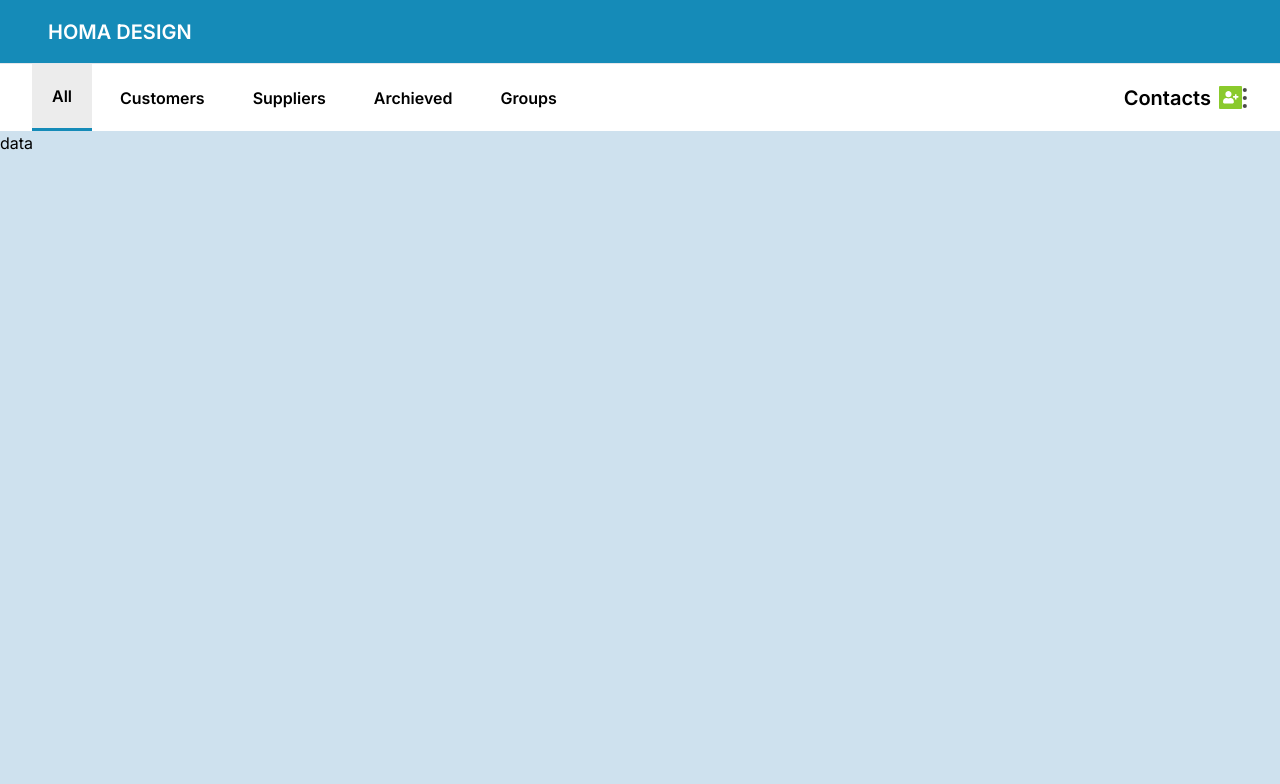
Repository: khairul35/homa-FE
Page: /contact
An editor plug-in stored every save of this project. The page is shown before and after the next save, followed by the edit.
The browser window is 1280 px wide. The pictures show the whole page.
The project was rebuilt for these pictures with package versions that can differ from the ones it lists, and the page was loaded fresh each time. The framework's server and built-in components were replaced by stand-ins that run in the browser. Also part of the build but not shown: next.config.js, app/components/layout/header/BusinessMenu.tsx, app/components/layout/header/CompanyMenu.tsx.

Above is the page before, as saved 2024-01-06 10:16:44.

### app/layout.tsx
import type { Metadata } from 'next'
import { Inter } from 'next/font/google'
import Header from './components/layout/Header';
import './globals.css'

const inter = Inter({ subsets: ['latin'] })

export const metadata: Metadata = {
  title: 'MyAccount2U',
  description: 'Accounting System',
}

export default function RootLayout({
  children,
}: {
  children: React.ReactNode
}) {
  return (
    <html lang="en">
      <body className={inter.className}>
        <div className='flex flex-col h-screen'>
          <Header />
          {children}
        </div>
      </body>
    </html>
  )
}

### app/contact/page.tsx
'use client';
import { useState } from 'react';
import { ComponentProps } from './index.props';
import Component from './index.component';

const Contact = () => {
    const [currentTab, setCurrentTab] = useState('all');
    const selectedStyle = {
        backgroundColor: '#ECECEC',
        borderBottom: '3px solid #158BB8',
    };

    const onClickAddContact = () => {

    }

    const componentProps: ComponentProps = {
        currentTab,
        selectedStyle,
        setCurrentTab,
        onClickAddContact
    };

    return (<Component {...componentProps} />)
};

export default Contact;

### app/contact/index.component.tsx
import { ComponentProps } from "./index.props";

const Component = (props: ComponentProps) => {
    const {
        currentTab,
        selectedStyle,
        onClickAddContact,
        setCurrentTab,
    } = props;

    return (
        (
            <main className="flex min-h-screen flex-col justify-between bg-bg-color">
                <div>
                    <div className="bg-white">
                        <div className="flex items-center justify-between px-4 sm:px-6 md:px-8">
                            <div className="flex items-center space-x-2">
                                <span
                                    className="hidden sm:inline font-semibold p-5 cursor-pointer"
                                    style={currentTab == 'all' ? selectedStyle : undefined }
                                    onClick={() => setCurrentTab('all')}
                                >
                                    All
                                </span>
                                <span
                                    className="hidden sm:inline font-semibold p-5 cursor-pointer"
                                    style={currentTab == 'customers' ? selectedStyle : undefined }
                                    onClick={() => setCurrentTab('customers')}
                                >
                                    Customers
                                </span>
                                <span
                                    className="hidden sm:inline font-semibold p-5 cursor-pointer"
                                    style={currentTab == 'suppliers' ? selectedStyle : undefined }
                                    onClick={() => setCurrentTab('suppliers')}
                                >
                                    Suppliers
                                </span>
                                <span
                                    className="hidden sm:inline font-semibold p-5 cursor-pointer"
                                    style={currentTab == 'archieved' ? selectedStyle : undefined }
                                    onClick={() => setCurrentTab('archieved')}
                                >
                                    Archieved
                                </span>
                                <span
                                    className="hidden sm:inline font-semibold p-5 cursor-pointer"
                                    style={currentTab == 'groups' ? selectedStyle : undefined }
                                    onClick={() => setCurrentTab('groups')}
                                >
                                    Groups
                                </span>
                            </div>
                            <div className="flex items-center">
                                <h2 className="hidden sm:block text-xl font-semibold">
                                    Contacts
                                </h2>
                                <div className="flex items-center ml-2">
                                    <span>
                                        <svg xmlns="http://www.w3.org/2000/svg" width="23" height="23" viewBox="0 0 45 45" fill="none">
                                            <rect width="45" height="45" rx="2" fill="#8ACA2C"/>
                                            <path d="M37.25 19.75H34.25V16.75C34.25 16.3375 33.9125 16 33.5 16H32C31.5875 16 31.25 16.3375 31.25 16.75V19.75H28.25C27.8375 19.75 27.5 20.0875 27.5 20.5V22C27.5 22.4125 27.8375 22.75 28.25 22.75H31.25V25.75C31.25 26.1625 31.5875 26.5 32 26.5H33.5C33.9125 26.5 34.25 26.1625 34.25 25.75V22.75H37.25C37.6625 22.75 38 22.4125 38 22V20.5C38 20.0875 37.6625 19.75 37.25 19.75ZM18.5 22C21.8141 22 24.5 19.3141 24.5 16C24.5 12.6859 21.8141 10 18.5 10C15.1859 10 12.5 12.6859 12.5 16C12.5 19.3141 15.1859 22 18.5 22ZM22.7 23.5H21.9172C20.8766 23.9781 19.7188 24.25 18.5 24.25C17.2812 24.25 16.1281 23.9781 15.0828 23.5H14.3C10.8219 23.5 8 26.3219 8 29.8V31.75C8 32.9922 9.00781 34 10.25 34H26.75C27.9922 34 29 32.9922 29 31.75V29.8C29 26.3219 26.1781 23.5 22.7 23.5Z" fill="white"/>
                                        </svg>
                                    </span>
                                    <span>
                                        <svg xmlns="http://www.w3.org/2000/svg" width="6" height="20" viewBox="0 0 6 27" fill="none">
                                            <circle cx="2.75704" cy="2.75704" r="2.75704" fill="#494949"/>
                                            <circle cx="2.75704" cy="13.5002" r="2.75704" fill="#494949"/>
                                            <circle cx="2.75704" cy="24.2429" r="2.75704" fill="#494949"/>
                                        </svg>
                                    </span>
                                </div>
</div>

                        </div>
                    </div>
                    <div>
                        data
                    </div>
                </div>
            </main>
        )
    )
};

export default Component;

### api/organization/index.ts
import repository from "../repository";
import { CreateOrganizationProps, UpdateOrganizationProps } from "./props";

const resource = '/api/organization';

const api = {
    findMyOrganization() {
        return repository.get(`${resource}/me`);
    },
    findMyOrganizations() {
        return repository.get(`${resource}/me/all`);
    },
    createOrganization(body: CreateOrganizationProps) {
        return repository.post(`${resource}`, body);
    },
    updateOrganization(body: UpdateOrganizationProps) {
        return repository.put(`${resource}`, body);
    },
    updateCurrentOrganization(organizationId: number) {
        return repository.put(`${resource}/current-organization/${organizationId}`);
    },
};

export default api;

### api/repository.ts
import axios from 'axios';
import AuthRepository from './auth';

const repository = axios.create({
    baseURL: 'http://localhost:3000',
});

// Request interceptor to add Bearer token to outgoing requests
repository.interceptors.request.use(
    (config) => {
        const accessToken = localStorage.getItem('accessToken');
        if (accessToken) {
            config.headers.Authorization = `Bearer ${accessToken}`;
        }
        return config;
    },
    (error) => {
        return Promise.reject(error);
    }
);

let isRefreshing = false;
let failedQueue: any = [];

// Function to refresh the session and retry failed requests
async function retryFailedRequests(error: any) {
    if (isRefreshing) {
        try {
            const { data } = await AuthRepository.refreshToken();
            localStorage.setItem('accessToken', data.accessToken);
            localStorage.setItem('refreshToken', data.refreshToken);
            localStorage.setItem('isLogin', 'true');
            failedQueue.forEach((prom: any) => {
                prom.resolve(repository(prom.originalRequest));
            });
            failedQueue = [];
        } catch (error) {
            localStorage.setItem('isLogin', 'false');
            window.location.href = '/login';
            failedQueue.forEach((prom: any) => {
                prom.reject(error);
            });
            failedQueue = [];
        } finally {
            isRefreshing = false;
        }
    }
}

// Response interceptor to handle failed requests due to expired tokens
repository.interceptors.response.use(
    (response) => response,
    async (error) => {
        const {
            config,
            response: { status },
        } = error;

        if (status === 401) {
            const originalRequest = config;
            if (!isRefreshing) {
                isRefreshing = true;
                return new Promise((resolve, reject) => {
                    failedQueue.push({ resolve, reject, originalRequest });
                    retryFailedRequests(error);
                }).then((res) => {
                    return res;
                }).catch((err) => {
                    return Promise.reject(err);
                });
            } else {
                return new Promise((resolve, reject) => {
                    failedQueue.push({ resolve, reject, originalRequest });
                }).then((res) => {
                    return res;
                }).catch((err) => {
                    return Promise.reject(err);
                });
            }
        }
        return Promise.reject(error.response);
    }
);

export default repository;

### api/auth.ts
import repository from "./repository";

const resource = "/api/auth";

const api = {
    login(username: string, password: string) {
        return repository.post(
            `${resource}/login`,
            { username, password },
        );
    },
    refreshToken() {
        return repository.post(
            `${resource}/refreshToken`,
            { refreshToken: localStorage.getItem('refreshToken') },
        );
    },
    logout() {
        return repository.post(`${resource}/logout`);
    },
    logoutAllDevice() {
        return repository.post(`${resource}/logout/all-device`);
    },
};

export default api;

### tailwind.config.ts
import type { Config } from 'tailwindcss'

const config: Config = {
  content: [
    './pages/**/*.{js,ts,jsx,tsx,mdx}',
    './components/**/*.{js,ts,jsx,tsx,mdx}',
    './app/**/*.{js,ts,jsx,tsx,mdx}',
  ],
  theme: {
    extend: {
      backgroundImage: {
        'gradient-radial': 'radial-gradient(var(--tw-gradient-stops))',
        'gradient-conic':
          'conic-gradient(from 180deg at 50% 50%, var(--tw-gradient-stops))',
      },
      backgroundColor: {
        'bg-color': '#CEE1EE', // Define a custom background color class
      },
      button: {
        'primary': '#158BB8',
      },
      fontWeight: {
        'label': '600',
      },
    },
  },
  plugins: [require("daisyui")],
  daisyui: {
    themes: [
      {
        mytheme: {
          "primary": "#158BB8",
          "secondary": "#d926a9",
          "accent": "#1fb2a6",
          "neutral": "#2a323c",
          "base-100": "#1d232a",
          "info": "#3abff8",
          "success": "#36d399",
          "warning": "#fbbd23",
          "error": "#f87272",
        },
      },
    ],
  },
}
export default config

Loaded but not shown: app/globals.css (common file); app/components/layout/Header.tsx (150 lines, source omitted)

After the next save:
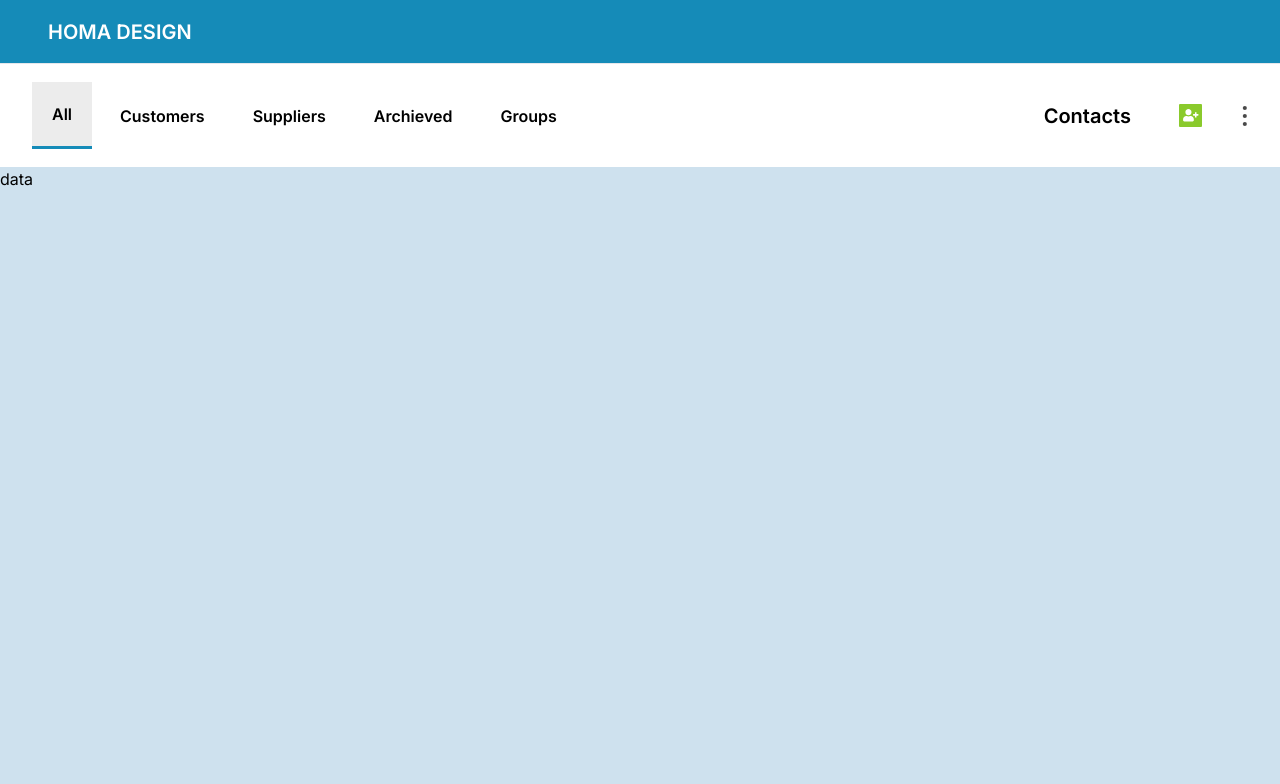
Saved 8 min 13 s later.
--- a/app/contact/index.component.tsx
+++ b/app/contact/index.component.tsx
@@ -56,7 +56,7 @@
                                     Contacts
                                 </h2>
                                 <div className="flex items-center ml-2">
-                                    <span>
+                                    <span className="p-10">
                                         <svg xmlns="http://www.w3.org/2000/svg" width="23" height="23" viewBox="0 0 45 45" fill="none">
                                             <rect width="45" height="45" rx="2" fill="#8ACA2C"/>
                                             <path d="M37.25 19.75H34.25V16.75C34.25 16.3375 33.9125 16 33.5 16H32C31.5875 16 31.25 16.3375 31.25 16.75V19.75H28.25C27.8375 19.75 27.5 20.0875 27.5 20.5V22C27.5 22.4125 27.8375 22.75 28.25 22.75H31.25V25.75C31.25 26.1625 31.5875 26.5 32 26.5H33.5C33.9125 26.5 34.25 26.1625 34.25 25.75V22.75H37.25C37.6625 22.75 38 22.4125 38 22V20.5C38 20.0875 37.6625 19.75 37.25 19.75ZM18.5 22C21.8141 22 24.5 19.3141 24.5 16C24.5 12.6859 21.8141 10 18.5 10C15.1859 10 12.5 12.6859 12.5 16C12.5 19.3141 15.1859 22 18.5 22ZM22.7 23.5H21.9172C20.8766 23.9781 19.7188 24.25 18.5 24.25C17.2812 24.25 16.1281 23.9781 15.0828 23.5H14.3C10.8219 23.5 8 26.3219 8 29.8V31.75C8 32.9922 9.00781 34 10.25 34H26.75C27.9922 34 29 32.9922 29 31.75V29.8C29 26.3219 26.1781 23.5 22.7 23.5Z" fill="white"/>

After the save that followed:
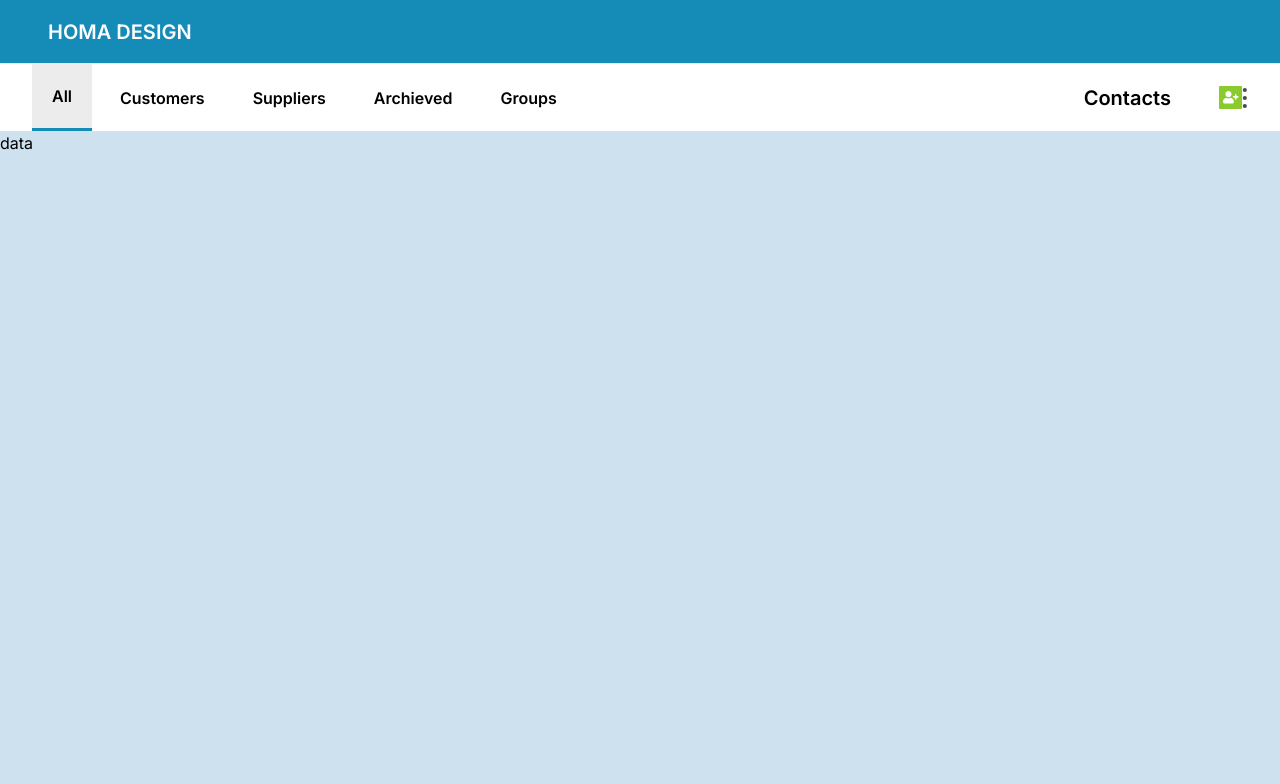
Saved 4 s later.
--- a/app/contact/index.component.tsx
+++ b/app/contact/index.component.tsx
@@ -56,7 +56,7 @@
                                     Contacts
                                 </h2>
                                 <div className="flex items-center ml-2">
-                                    <span className="p-10">
+                                    <span className="pl-10">
                                         <svg xmlns="http://www.w3.org/2000/svg" width="23" height="23" viewBox="0 0 45 45" fill="none">
                                             <rect width="45" height="45" rx="2" fill="#8ACA2C"/>
                                             <path d="M37.25 19.75H34.25V16.75C34.25 16.3375 33.9125 16 33.5 16H32C31.5875 16 31.25 16.3375 31.25 16.75V19.75H28.25C27.8375 19.75 27.5 20.0875 27.5 20.5V22C27.5 22.4125 27.8375 22.75 28.25 22.75H31.25V25.75C31.25 26.1625 31.5875 26.5 32 26.5H33.5C33.9125 26.5 34.25 26.1625 34.25 25.75V22.75H37.25C37.6625 22.75 38 22.4125 38 22V20.5C38 20.0875 37.6625 19.75 37.25 19.75ZM18.5 22C21.8141 22 24.5 19.3141 24.5 16C24.5 12.6859 21.8141 10 18.5 10C15.1859 10 12.5 12.6859 12.5 16C12.5 19.3141 15.1859 22 18.5 22ZM22.7 23.5H21.9172C20.8766 23.9781 19.7188 24.25 18.5 24.25C17.2812 24.25 16.1281 23.9781 15.0828 23.5H14.3C10.8219 23.5 8 26.3219 8 29.8V31.75C8 32.9922 9.00781 34 10.25 34H26.75C27.9922 34 29 32.9922 29 31.75V29.8C29 26.3219 26.1781 23.5 22.7 23.5Z" fill="white"/>
